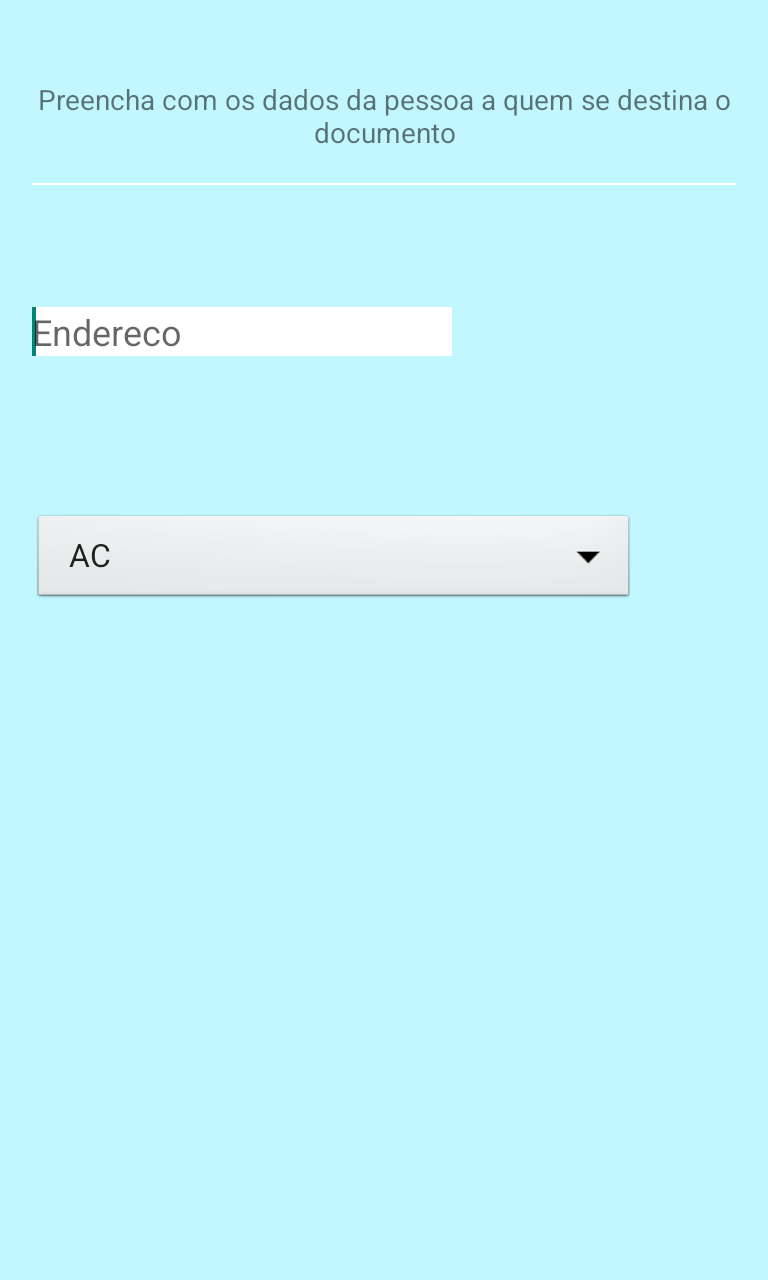
Repository: pdelfino/Projeto-livre
Layout: Protesto Livre/ProtestoLivre/res/layout/fragment_tela05.xml
An editor plug-in stored every save of this project. The layout is shown before and after the next save, followed by the edit.
It is drawn on a 768 x 1280 px phone screen (xhdpi) without system bars, with theme AppTheme; the app's code is not run.

Above is the layout before, as saved 2014-05-29 00:39:23.

After the next save:
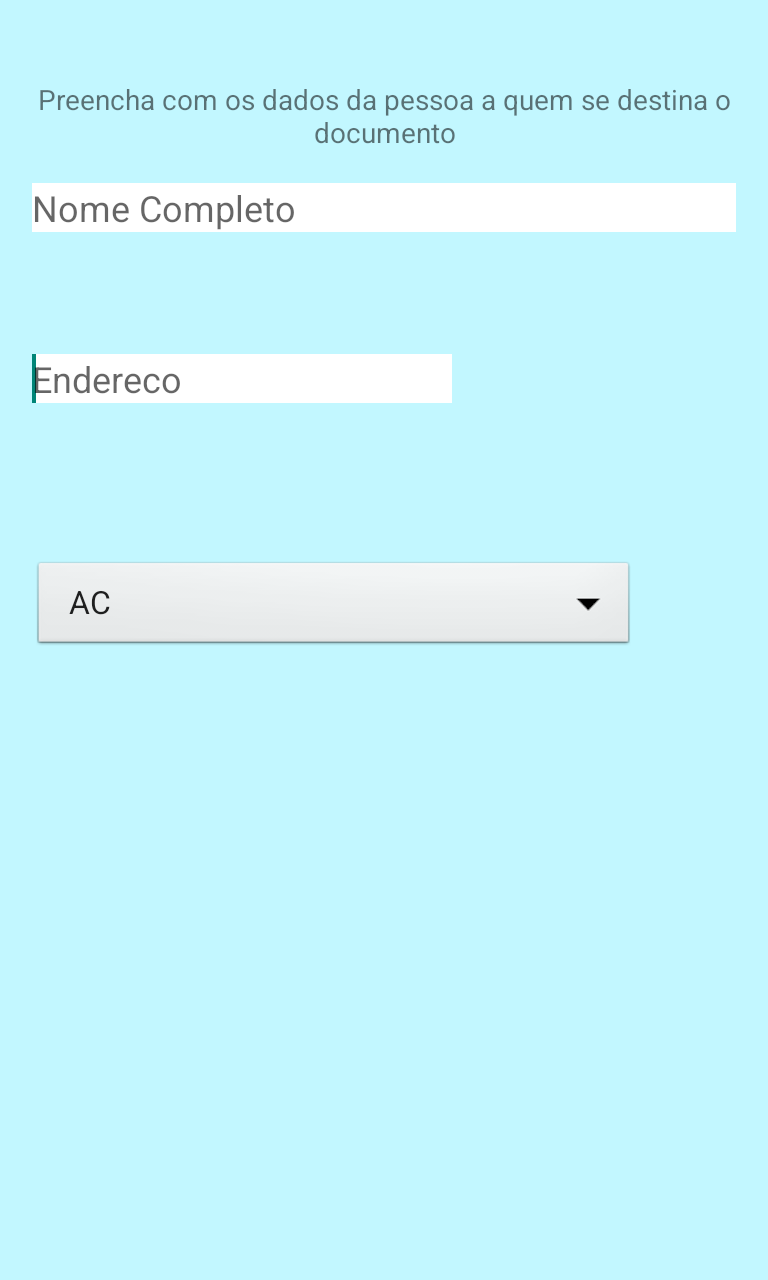
Saved 16 s later.
--- a/Protesto Livre/ProtestoLivre/res/layout/fragment_tela05.xml
+++ b/Protesto Livre/ProtestoLivre/res/layout/fragment_tela05.xml
@@ -48,7 +48,7 @@
     <EditText
         android:id="@+id/Nome"
         android:layout_width="wrap_content"
-        android:layout_height="1"
+        android:layout_height="wrap_content"
         android:layout_alignLeft="@+id/textView1"
         android:layout_alignRight="@+id/textView1"
         android:layout_below="@+id/textView1"
